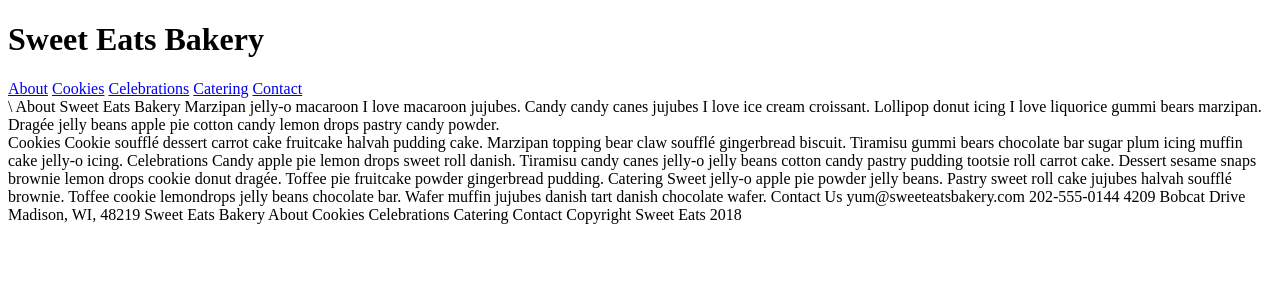
Repository: yoshimario/web-module-challenge-user-interface
Page: index.html
An editor plug-in stored every save of this project. The page is shown before and after a run of saves, followed by the edit.
The browser window is 1280 px wide. The pictures show the whole page.
Some web fonts or font styles are not loaded; a fallback is used.

Above is the page before, as saved 2023-05-14 14:27:25.

### index.html
<!DOCTYPE html>
<html lang="en">

<head>
    <meta charset="UTF-8">
    <!-- import your css file -->
    <link href="https://fonts.googleapis.com/css?family=Gaegu|Roboto" rel="stylesheet">
    <title>Sweet Eats Bakery</title>
</head>

<body>

    <!-- company name -->
    <h1>Sweet Eats Bakery</h1>

    <!-- Navigation -->
    <nav>
       <a href="#">About</a>
       <a href="#">Cookies</a>
       <a href="#">Celebrations</a>
       <a href="#">Catering</a>
       <a href="#">Contact</a>
    </nav>

    </header>
    <!-- Image https://tk-assets.lambdaschool.com/bcf76f62-2431-4c22-b466-2e711f3da2b9_ui-i-bakery-main-header.png -->

    <!-- Marketing header -->
    <section>\
    About Sweet Eats Bakery

    Marzipan jelly-o macaroon I love macaroon jujubes. Candy candy canes jujubes I love ice cream croissant. Lollipop
    donut icing I love liquorice gummi bears marzipan. Dragée jelly beans apple pie cotton candy lemon drops pastry candy
    powder.
    </section>
    <!-- content -->

    <!-- Image https://tk-assets.lambdaschool.com/7393a8fd-c8e5-4003-921f-79e0d546d02c_ui-i-bakery-cookies.png -->
    Cookies

    Cookie soufflé dessert carrot cake fruitcake halvah pudding cake. Marzipan topping bear claw soufflé gingerbread
    biscuit. Tiramisu gummi bears chocolate bar sugar plum icing muffin cake jelly-o icing.

    <!-- Image https://tk-assets.lambdaschool.com/297378d6-9c89-430f-9d2e-46ae3d5edce8_ui-i-bakery-cupcake-i.png -->
    Celebrations

    Candy apple pie lemon drops sweet roll danish. Tiramisu candy canes jelly-o jelly beans cotton candy pastry pudding
    tootsie roll carrot cake. Dessert sesame snaps brownie lemon drops cookie donut dragée. Toffee pie fruitcake powder
    gingerbread pudding.

     <!-- Image https://tk-assets.lambdaschool.com/ab0cb095-5900-476c-b042-aea065d3dbbf_ui-i-bakery-celebrate.png -->
    Catering

    Sweet jelly-o apple pie powder jelly beans. Pastry sweet roll cake jujubes halvah soufflé brownie. Toffee cookie
    lemondrops jelly beans chocolate bar. Wafer muffin jujubes danish tart danish chocolate wafer.

    Contact Us

    yum@sweeteatsbakery.com
    202-555-0144
    4209 Bobcat Drive
    Madison, WI, 48219

    <!-- footer -->
    Sweet Eats Bakery

    About
    Cookies
    Celebrations
    Catering
    Contact

    Copyright Sweet Eats 2018
</body>

</html>

After the next 5 saves:
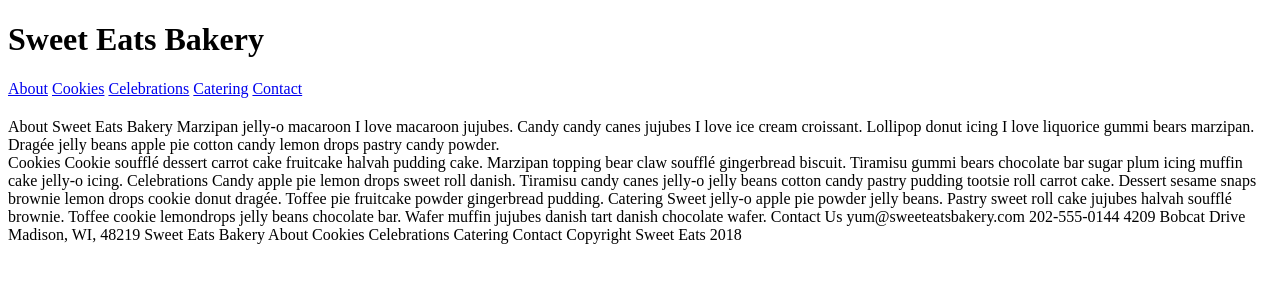
The 5 saves are shown as one change because they came seconds apart.
The last was saved 13 s later.
--- a/index.html
+++ b/index.html
@@ -26,7 +26,8 @@
     <!-- Image https://tk-assets.lambdaschool.com/bcf76f62-2431-4c22-b466-2e711f3da2b9_ui-i-bakery-main-header.png -->
 
     <!-- Marketing header -->
-    <section>\
+    <section>
+        <h2></h2>
     About Sweet Eats Bakery
 
     Marzipan jelly-o macaroon I love macaroon jujubes. Candy candy canes jujubes I love ice cream croissant. Lollipop
